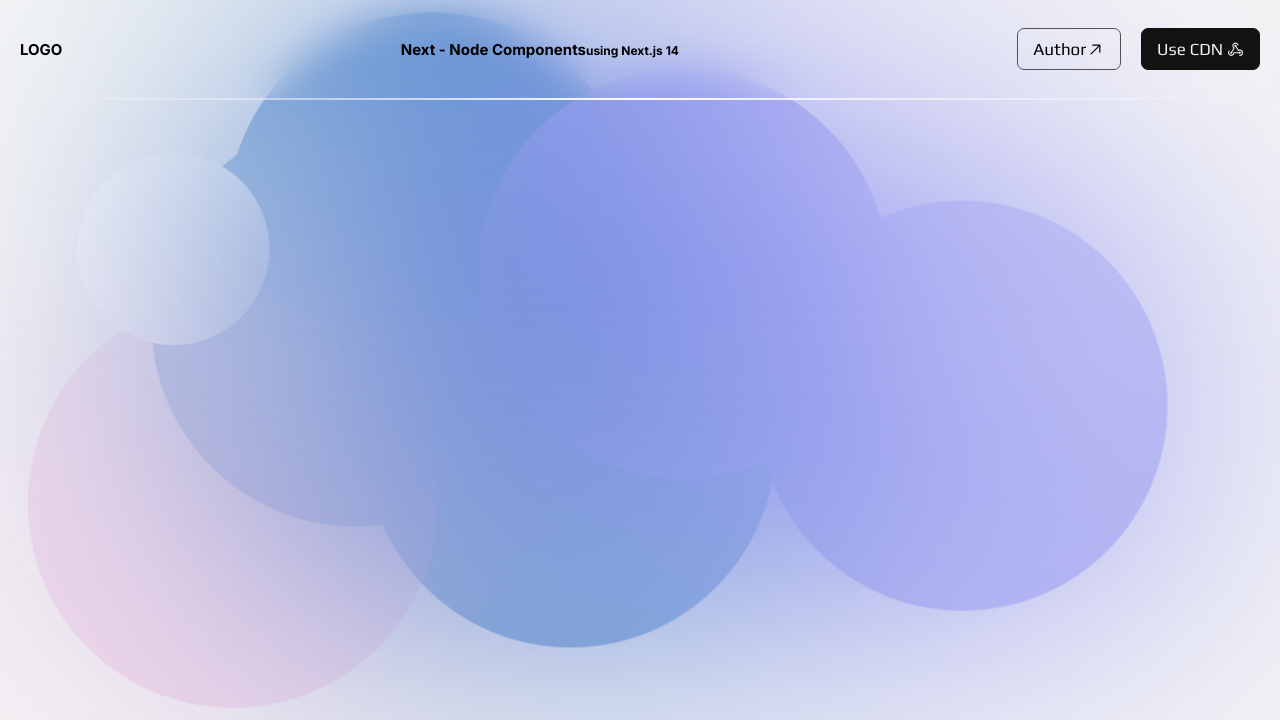
Repository: keval-gohil/komponents
Page: /
These files come from the project's save history. The page is drawn as it stood at one moment and after the next save; the edit follows.
The browser window is 1280 px wide. The pictures show the whole page.
Some web fonts or font styles are not loaded; a fallback is used. The project was rebuilt for these pictures with package versions that can differ from the ones it lists, and the page was loaded fresh each time. The framework's server and built-in components were replaced by stand-ins that run in the browser. Also part of the build but not shown: next.config.mjs.

Above is the page before, as saved 2024-03-07 13:20:30.

### app/layout.js
import { Inter } from "next/font/google";
import "./globals.css";

const inter = Inter({ subsets: ["latin"] });

export const metadata = {
  title: "Komponents | Next-Node",
  description: "Generated by create next app",
};

export default function RootLayout({ children }) {
  return (
    <html lang="en" suppressHydrationWarning={true}>
      <body className={inter.className}>{children}</body>
    </html>
  );
}

### app/page.js
import Background from '@/components/reuse/background'
import Header from '@/components/reuse/header'
import React from 'react'

const page = () => {
  return (
    <>
      <Background />
      <Header />
    </>
  )
}

export default page

### app/globals.css

*,
*:before,
*:after {
	padding: 0;
	margin: 0;
	box-sizing: border-box;
	-webkit-tap-highlight-color: transparent;
}

html {
	scroll-behavior: smooth;
	font-size: 10px;
}

body {
	width: 100%;
	height: 100%;
	overflow-x: hidden;
	background-color: whitesmoke;
}

.bouncing-blob {
	width: 32vw;
	aspect-ratio: 1;
	border-radius: 50%;
	will-change: transform;
	position: absolute;
	z-index: 1;
	top: 0;
	left: 0;
	transform-origin: left top;
  }

  .bouncing-blob--blue {
	background: #4783c7;
  }

  .bouncing-blob--white {
	background: #ffffff;
	z-index: 2;
	width: 15vw;
  }

  .bouncing-blob--purple {
	background: #8c8ff1;
  }

  .bouncing-blob--pink {
	background: #e289cd50;
  }

  .bouncing-blobs-container {
	position: fixed;
	z-index: -1;
	top: 0;
	left: 0;
	width: 100%;
	height: 100%;
  }

  .bouncing-blobs-glass {
	position: absolute;
	z-index: 2;
	top: 0;
	left: 0;
	width: 100%;
	height: 100%;
	backdrop-filter: blur(140px);
	-webkit-backdrop-filter: blur(140px);
	pointer-events: none;
  }

  .bouncing-blobs {
	position: absolute;
	z-index: 1;
	top: 0;
	left: 0;
	width: 100%;
	height: 100%;
  }

  .main-content {
	display: flex;
	flex-direction: column;
	justify-content: center;
	align-items: center;
	width: 100%;
  }




  @media (max-width: 1200px) {
	.bouncing-blobs-glass {
	  backdrop-filter: blur(120px);
	  -webkit-backdrop-filter: blur(120px);
	}
  }

  @media (max-width: 500px) {
	.bouncing-blob {
	  width: 60vw;
	}
	.bouncing-blob--white {
	  width: 30vw;
	}
	.bouncing-blobs-glass {
	  backdrop-filter: blur(90px);
	  -webkit-backdrop-filter: blur(90px);
	}

  }

### components/reuse/background.js
'use client'
import React, { useEffect } from 'react';

const MIN_SPEED = 1.5;
const MAX_SPEED = 2.5;

function randomNumber(min, max) {
  return Math.random() * (max - min) + min;
}

class Blob {
  constructor(el) {
    this.el = el;
    const boundingRect = this.el.getBoundingClientRect();
    this.size = boundingRect.width;
    this.initialX = randomNumber(0, window.innerWidth - this.size);
    this.initialY = randomNumber(0, window.innerHeight - this.size);
    this.el.style.top = `${this.initialY}px`;
    this.el.style.left = `${this.initialX}px`;
    this.vx =
      randomNumber(MIN_SPEED, MAX_SPEED) * (Math.random() > 0.5 ? 1 : -1);
    this.vy =
      randomNumber(MIN_SPEED, MAX_SPEED) * (Math.random() > 0.5 ? 1 : -1);
    this.x = this.initialX;
    this.y = this.initialY;
  }

  update() {
    this.x += this.vx;
    this.y += this.vy;
    if (this.x >= window.innerWidth - this.size) {
      this.x = window.innerWidth - this.size;
      this.vx *= -1;
    }
    if (this.y >= window.innerHeight - this.size) {
      this.y = window.innerHeight - this.size;
      this.vy *= -1;
    }
    if (this.x <= 0) {
      this.x = 0;
      this.vx *= -1;
    }
    if (this.y <= 0) {
      this.y = 0;
      this.vy *= -1;
    }
  }

  move() {
    this.el.style.transform = `translate(${this.x - this.initialX}px, ${
      this.y - this.initialY
    }px)`;
  }
}

function Background() {
  useEffect(() => {
    const blobEls = document.querySelectorAll('.bouncing-blob');
    const blobs = Array.from(blobEls).map((blobEl) => new Blob(blobEl));

    function update() {
      requestAnimationFrame(update);
      blobs.forEach((blob) => {
        blob.update();
        blob.move();
      });
    }

    requestAnimationFrame(update);

    return () => cancelAnimationFrame(update);
  }, []);

  return (
    <div className="bouncing-blobs-container">
      <div className="bouncing-blobs-glass"></div>
      <div className="bouncing-blobs">
        <div className="bouncing-blob bouncing-blob--blue"></div>
        <div className="bouncing-blob bouncing-blob--blue"></div>
        <div className="bouncing-blob bouncing-blob--blue"></div>
        <div className="bouncing-blob bouncing-blob--white"></div>
        <div className="bouncing-blob bouncing-blob--purple"></div>
        <div className="bouncing-blob bouncing-blob--purple"></div>
        <div className="bouncing-blob bouncing-blob--pink"></div>
      </div>
    </div>
  );
}

export default Background;

### components/reuse/header.js
import React from 'react'
import Style from '@/components/reuse/styles/style.css'

const Header = () => {
  return (
    <>
        <nav>
            <h1>LOGO</h1>
            <h2>Next - Node Components<span>using Next.js 14</span></h2>
            <div>
              <button>Author <i className='mynaui--arrow-up-right'></i></button>
              <button>Use CDN&nbsp;<i className='ph--webhooks-logo'></i></button>
            </div>
        </nav>
    </>
  )
}

export default Header

### components/reuse/styles/style.css

@import url('https://fonts.googleapis.com/css2?family=Anta&family=Play:wght@400;700&display=swap');


nav{
    display: flex;
    justify-content: space-between;
    align-items: center;
    background: transparent;
    backdrop-filter: blur(20px);
    height: 10rem;
    border-bottom: 0.2rem solid transparent;
    border-image: linear-gradient(0.25turn, rgba(56,2,155,0), #fff, rgba(56,2,155,0));
    border-image-slice: 1;
    padding: 0 2rem;
}
nav
nav h2{
    display: flex;
    flex-direction: column;
    text-align: center;
    font-family: "Play", sans-serif;
    font-weight: 800;
    text-transform: uppercase;
    line-height: 3rem;
    font-size: 3rem;
}
nav h2 span{
    font-size: 1.2rem;
    margin: 0;
    padding: 0;
}

nav div{
    display: flex;
    gap: 2rem;
}
nav div button{
    display: flex;
    align-items: end;
    font-size: 1.7rem;
    padding: 1rem 1.5rem;
    padding-bottom: 1rem;
    border: 0.1rem solid #525252;
    border-radius: 0.7rem;
    background: transparent;
    cursor: pointer;
    font-family: "Play", sans-serif;
}
nav div button .mynaui--arrow-up-right {
    display: inline-block;
    width: 1.1em;
    height: 1.1em;
    --svg: url("data:[embedded picture, 231 characters]");
    background-color: currentColor;
    -webkit-mask-image: var(--svg);
    mask-image: var(--svg);
    -webkit-mask-repeat: no-repeat;
    mask-repeat: no-repeat;
    -webkit-mask-size: 100% 100%;
    mask-size: 100% 100%;
}
nav div button .ph--webhooks-logo {
    display: inline-block;
    width: 1em;
    height: 1em;
    --svg: url("data:[embedded picture, 574 characters]");
    background-color: currentColor;
    -webkit-mask-image: var(--svg);
    mask-image: var(--svg);
    -webkit-mask-repeat: no-repeat;
    mask-repeat: no-repeat;
    -webkit-mask-size: 100% 100%;
    mask-size: 100% 100%;
}

nav div button:nth-child(2){
    background: #121212;
    border-color: #121212;
    color: #f0f0f0;
    align-items: center;
}
nav div button:hover {
    text-decoration: underline;
}

After the next save:
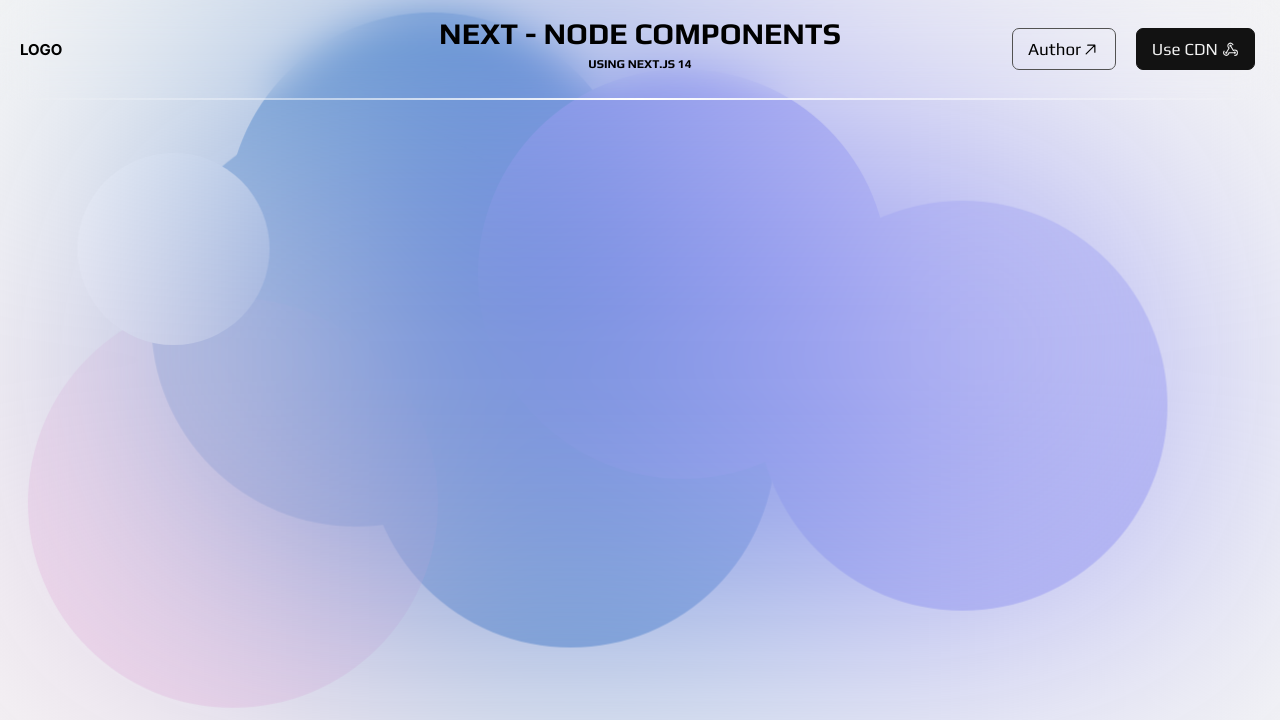
Saved 39 s later.
--- a/components/reuse/styles/style.css
+++ b/components/reuse/styles/style.css
@@ -14,7 +14,9 @@
     border-image-slice: 1;
     padding: 0 2rem;
 }
-nav
+nav h1,div{
+    width: 20%;
+}
 nav h2{
     display: flex;
     flex-direction: column;
